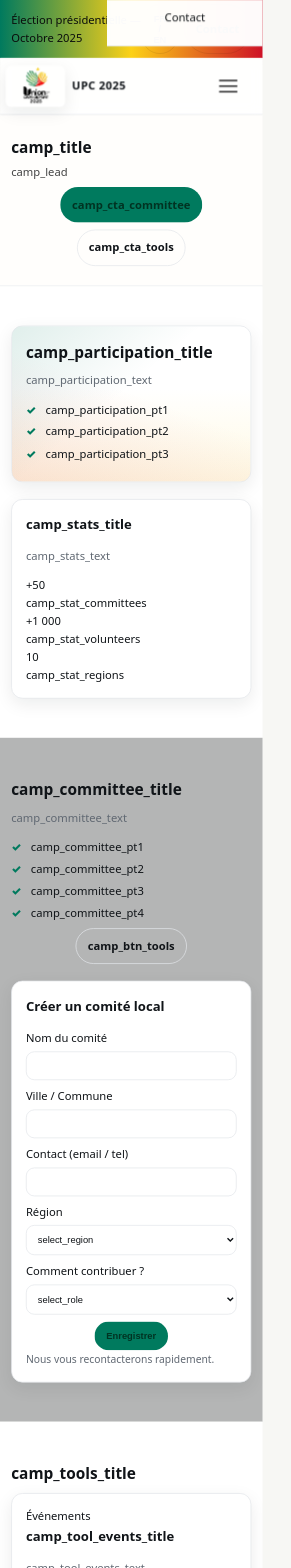
Repository: Kishny/upc2025
Page: campagne-populaire.html
An editor plug-in stored every save of this project. The page is shown before and after the next save, followed by the edit.
The browser window is 375 px wide. The page is 375 px wide, then 416 px, so the pictures cover 416 px, including what lies to the right of the window. The pictures show the part of the page from y = 0 to 2240 px (the page is 3223 px tall before and 3276 px after), at 70% of full size.

Above is the page before, as saved 2025-09-11 11:29:50.

After the next save:
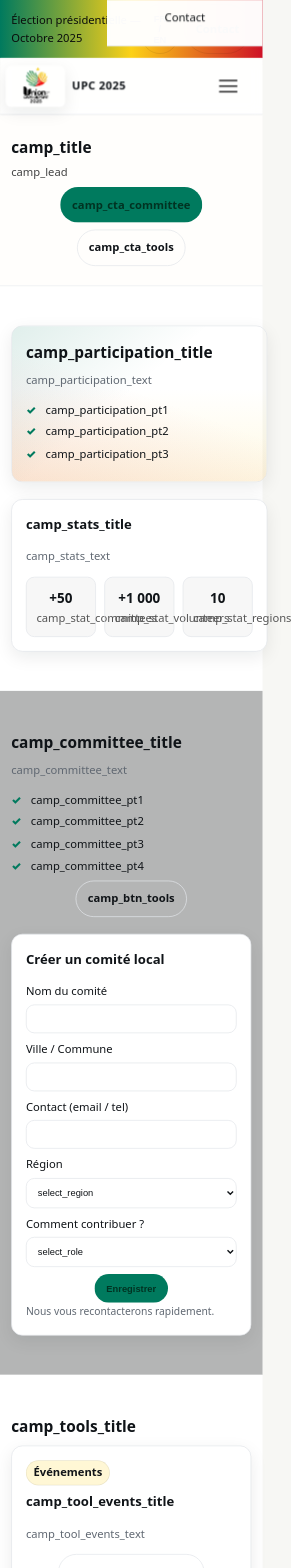
Saved 46 s later.
--- a/assets/css/styles.css
+++ b/assets/css/styles.css
@@ -729,6 +729,57 @@ textarea:focus {
 }
 
 /* =========
+   CAMPAGNE POPULAIRE
+   ========= */
+/* Stats petites cartes */
+.stats {
+  display: grid;
+  grid-template-columns: repeat(3, minmax(100px, 1fr));
+  gap: 12px;
+}
+.stat {
+  text-align: center;
+  background: rgba(0, 0, 0, 0.03);
+  border: 1px solid var(--border);
+  border-radius: 12px;
+  padding: 14px;
+}
+.stat__value {
+  font-weight: 900;
+  font-size: 1.2rem;
+}
+.stat__label {
+  color: #555;
+}
+
+/* Grille outils */
+.tools-grid {
+  display: grid;
+  grid-template-columns: repeat(4, minmax(220px, 1fr));
+  gap: 16px;
+}
+@media (max-width: 1100px) {
+  .tools-grid {
+    grid-template-columns: repeat(2, 1fr);
+  }
+}
+@media (max-width: 600px) {
+  .tools-grid {
+    grid-template-columns: 1fr;
+  }
+}
+
+.badge {
+  display: inline-block;
+  padding: 4px 10px;
+  border-radius: 999px;
+  border: 1px solid rgba(0, 0, 0, 0.08);
+  margin-bottom: 8px;
+  font-weight: 800;
+  background: rgba(252, 209, 22, 0.18); /* touche 🇨🇲 */
+}
+
+/* =========
    FOOTER (noir conservé)
    ========= */
 /* Footer style "clean" (fond clair, lignes, centré) */
